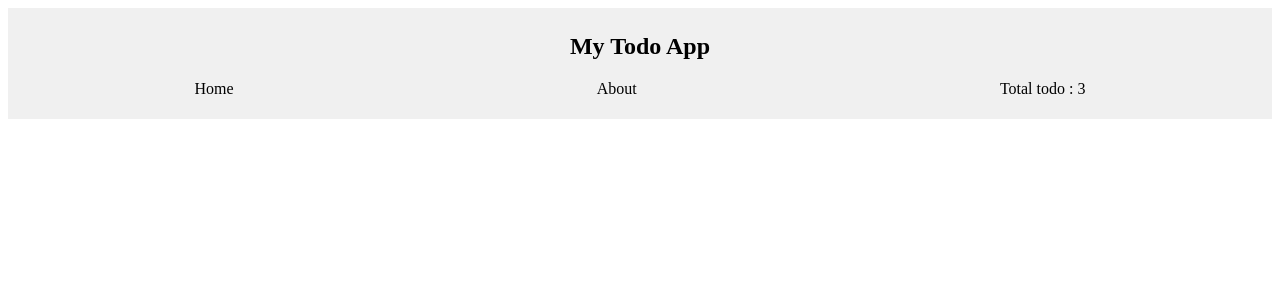
Repository: DTien93/Todo-Typescript
Page: / (app in my-app/)
The author's editor kept a copy of each file at every save. The page is drawn from the files as they stood at one save, then again after the next save.
The browser window is 1280 px wide. The pictures show the whole page.
The project was rebuilt for these pictures with package versions that can differ from the ones it lists, and the page was loaded fresh each time. Imported but missing from the stored project, and not drawn on this page: my-app/src/serviceWorker.

Above is the page before, as saved 2021-10-16 17:25:58.

### my-app/src/App.tsx
import React from 'react'
import './App.css'
import './index.css'
import Navbar from './components/Navbar'

const App = () => {
  return (
    <>
     <Navbar/>
    </>
  )
}

export default App

### my-app/src/App.css
.todo-list ul {
  padding: 0 10px 10px 10px;
  list-style-type: none;
 }

 .todo-list li {
  padding: 10px;
  cursor: pointer;
  margin: 10px 0;
  border-radius: 4px;
  background: rgb(240, 240, 240);
  color: black;
 }

 .todo-list li input[type='checkbox'] {
  -ms-transform: scale(2); /* IE */
  -moz-transform: scale(2); /* FF */
  -webkit-transform: scale(2); /* Safari and Chrome */
  -o-transform: scale(2); /* Opera */
  transform: scale(2);
  padding: 10px;
  float: right;
 }

 .todo-list li.completed {
  background: rgb(119, 218, 243);
 }

 .todo-list li button {
  float: right;
  margin-right: 20px;
 }

 .todo-list li button:hover {
  cursor: pointer;
  background: red;
  color: white;
 }

 /* Navbar */
 .navbar {
  padding: 5px;
  text-align: center;
  background: rgb(240, 240, 240);
  color: black;
 }

 .navbar ul {
  display: flex;
  justify-content: space-around;
  align-items: center;
  list-style: none;
  padding: 0;
 }

 /* TodoForm */
 form {
  padding: 10px;
 }

 input[type='text'] {
  width: 100%;
  box-sizing: border-box;
  padding: 10px;
  margin: 6px 0;
  border: 0;
 }

 input[type='submit'] {
  margin: 10px auto;
  padding: 10px;
  border: 0;
  display: block;
 }

### my-app/src/components/Navbar.tsx
import React from 'react'

const Navbar = () => {
    return (
        <div className='navbar'>
            <h2>My Todo App</h2>
            <ul>
                <li>Home</li>
                <li>About</li>
                <li>Total todo : 3</li>
            </ul>
        </div>
    )
}

export default Navbar

### my-app/src/index.css
.App {
  font-family: Avenir, Helvetica, Arial, sans-serif;
  -webkit-font-smoothing: antialiased;
  -moz-osx-font-smoothing: grayscale;
  background: rgb(219, 219, 219);
  margin: 20px auto;
  width: 90%;
  max-width: 800px;
 }

Loaded but not shown: my-app/src/index.tsx (common file)

After the next save:
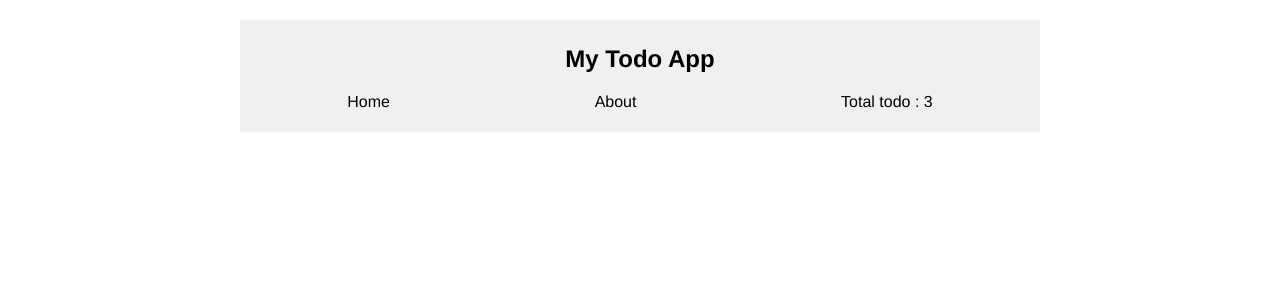
Saved 31 s later.
--- a/my-app/src/App.tsx
+++ b/my-app/src/App.tsx
@@ -5,9 +5,9 @@ import Navbar from './components/Navbar'
 
 const App = () => {
   return (
-    <>
+    <div className='App'>
      <Navbar/>
-    </>
+    </div>
   )
 }
 
